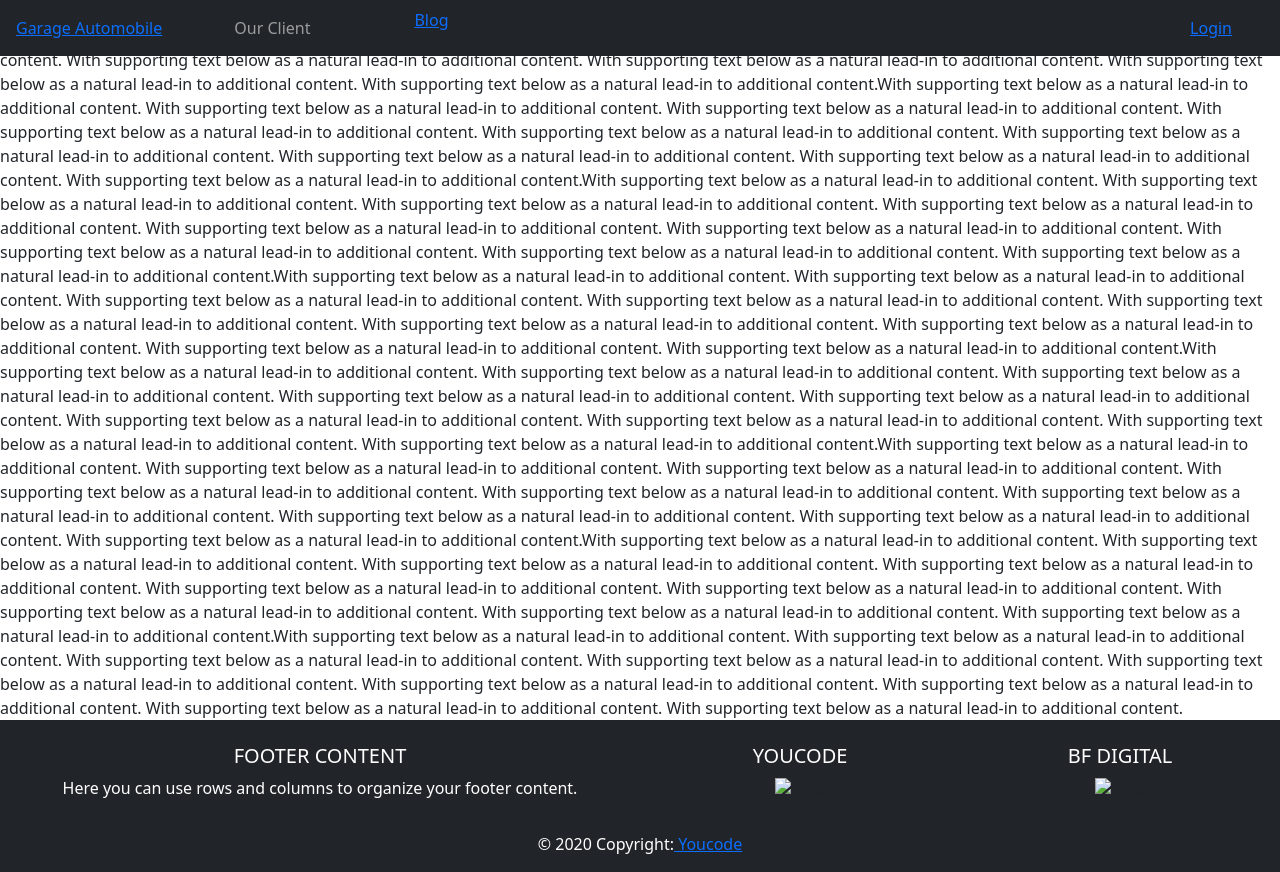
Repository: abdelhak-f/Fil-Rouge
Page: /register (app in client/)
The author's editor kept a copy of each file at every save. The page is drawn from the files as they stood at one save, then again after the next save.
The browser window is 1280 px wide. The pictures show the whole page.
The project was rebuilt for these pictures with package versions that can differ from the ones it lists, and the page was loaded fresh each time. Also part of the build but not shown: client/src/components/Text.jsx, client/src/components/forms/FirstFrontForm.jsx, client/src/components/Body.jsx, client/src/components/css/style.css, client/src/components/Blog.jsx, client/src/components/forms/FormGarage.jsx, client/src/components/loged/login/Login.jsx.

Above is the page before, as saved 2021-09-10 17:36:37.

### client/public/index.html
<!DOCTYPE html>
<html lang="en">
  <head>
    <meta charset="utf-8" />
    <link rel="icon" href="%PUBLIC_URL%/favicon.ico" />
    <meta name="viewport" content="width=device-width, initial-scale=1" />
    <meta name="theme-color" content="#000000" />
    <meta
      name="description"
      content="Web site created using create-react-app"
    />
    <!--   import bootstrao  -->
    <link
  rel="stylesheet"
  href="https://cdn.jsdelivr.net/npm/bootstrap@5.1.0/dist/css/bootstrap.min.css"
  integrity="sha384-KyZXEAg3QhqLMpG8r+8fhAXLRk2vvoC2f3B09zVXn8CA5QIVfZOJ3BCsw2P0p/We"
  crossorigin="anonymous"
  />

    <link rel="apple-touch-icon" href="%PUBLIC_URL%/logo192.png" />
    <!--
      manifest.json provides metadata used when your web app is installed on a
      user's mobile device or desktop. See https://developers.google.com/web/fundamentals/web-app-manifest/
    -->
    <link rel="manifest" href="%PUBLIC_URL%/manifest.json" />
    <!--
      Notice the use of %PUBLIC_URL% in the tags above.
      It will be replaced with the URL of the `public` folder during the build.
      Only files inside the `public` folder can be referenced from the HTML.

      Unlike "/favicon.ico" or "favicon.ico", "%PUBLIC_URL%/favicon.ico" will
      work correctly both with client-side routing and a non-root public URL.
      Learn how to configure a non-root public URL by running `npm run build`.
    -->
    <title>React App</title>
  </head>
  <body>
    <noscript>You need to enable JavaScript to run this app.</noscript>
    <div id="root"></div>
    <!--
      This HTML file is a template.
      If you open it directly in the browser, you will see an empty page.

      You can add webfonts, meta tags, or analytics to this file.
      The build step will place the bundled scripts into the <body> tag.

      To begin the development, run `npm start` or `yarn start`.
      To create a production bundle, use `npm run build` or `yarn build`.
    -->
  </body>
</html>

### client/src/index.js
import React from 'react';
import ReactDOM from 'react-dom';
import './index.css';
import App from './App';
import reportWebVitals from './reportWebVitals';

// import bootstrap
import 'bootstrap/dist/css/bootstrap.min.css';

ReactDOM.render(
  <React.StrictMode>
    <App />
  </React.StrictMode>,
  document.getElementById('root')
);

// If you want to start measuring performance in your app, pass a function
// to log results (for example: reportWebVitals(console.log))
// or send to an analytics endpoint. Learn more: https://bit.ly/CRA-vitals
reportWebVitals();

### client/src/App.js
// import './App.css';
import React from 'react';

import Navbar from './components/Nnavbar';
import Body from './components/Body';
import Footer from './components/Footer';
import Blog from './components/Blog';
import FormGarage from './components/forms/FormGarage'
import Login from './components/loged/login/Login';
import Register from './components/loged/register/Register';

import { BrowserRouter as Router, Switch, Route } from 'react-router-dom';






function App() {
  return (


    <>
<Router>

     <Navbar />




    <Switch>
    <Route  path="/" exact component={Body} />
    <Route  path="/Blog" component={Blog} />
    <Route  path="/FormGarage" component={FormGarage} />
    <Route  path="/login" component={Login} />
    <Route  path="/register" component={Register} />
    </Switch>

    <Footer/>
</Router>
    </>

  );
}

export default App;

### client/src/components/Nnavbar.jsx
import React from 'react';
import { NavLink } from 'react-router-dom';

import * as ReactBootstrap from 'react-bootstrap';









function Navbar() {
    return(
      <>

            <ReactBootstrap.Navbar className="mb-5" collapseOnSelect expand="lg" bg="dark" variant="dark" fixed="top">

 <NavLink className="mx-3" to="/">Garage Automobile</NavLink>
 <ReactBootstrap.Navbar.Toggle aria-controls="responsive-navbar-nav" />
 <ReactBootstrap.Navbar.Collapse id="responsive-navbar-nav">
   <ReactBootstrap.Nav className="me-auto">
     <ReactBootstrap.Nav.Link className="mx-5" href="#features">Our Client</ReactBootstrap.Nav.Link>
     <NavLink  className="px-5" to="/blog">Blog</NavLink>
     {/* <ReactBootstrap.NavDropdown title="Dropdown" id="collasible-nav-dropdown">
       <ReactBootstrap.NavDropdown.Item href="#action/3.1">Action</ReactBootstrap.NavDropdown.Item>
       <ReactBootstrap.NavDropdown.Item href="#action/3.2">Another action</ReactBootstrap.NavDropdown.Item>
       <ReactBootstrap.NavDropdown.Item href="#action/3.3">Something</ReactBootstrap.NavDropdown.Item>
       <ReactBootstrap.NavDropdown.Divider />
       <ReactBootstrap.NavDropdown.Item href="#action/3.4">Separated link</ReactBootstrap.NavDropdown.Item>
     </ReactBootstrap.NavDropdown> */}
   </ReactBootstrap.Nav>
   <ReactBootstrap.Nav>
     <NavLink  className="px-5"  to="/login"> Login</NavLink>
     {/* <ReactBootstrap.Nav.Link eventKey={2} href="#memes">
       Admin
     </ReactBootstrap.Nav.Link> */}
   </ReactBootstrap.Nav>
 </ReactBootstrap.Navbar.Collapse>

</ReactBootstrap.Navbar>





</>

    )
}

export default Navbar ;

### client/src/components/Footer.jsx
import React from "react";


function Footer () {
    return(
<footer  className="pt-4 page-footer font-small blue bg-dark ">
    <div className="text-center container-fluid text-md-left ">
        <div className="row">
            <div className="mt-3 text-white col-md-6 mt-md-0">
                <h5 className=" text-uppercase">Footer Content</h5>
                <p >Here you can use rows and columns to organize your footer content.</p>
            </div>

            <hr className="clearfix pb-0 w-100 d-md-none"/>

            <div className="mb-3 col-md-3 mb-md-0">
                <h5 className="text-white text-uppercase">Youcode</h5>
                <img src="" alt="logo" width={300} /></div>

            <div className="mb-3 col-md-3 mb-md-0">
                <h5 className="text-white text-uppercase " >BF Digital</h5>
                <img src="" alt="logo" width={300} />
            </div>
        </div>
    </div>

    <div className="py-3 text-center text-white footer-copyright " >© 2020 Copyright:
        <a href="https://www.youcode.ma/"> Youcode</a>
    </div>

</footer>
)

}

export default Footer

### client/src/components/loged/register/Register.jsx
import React from 'react'

function Register() {
    return (
        <div>
            With supporting text below as a natural lead-in to additional content.
                 With supporting text below as a natural lead-in to additional content.
                 With supporting text below as a natural lead-in to additional content.
                 With supporting text below as a natural lead-in to additional content.
                 With supporting text below as a natural lead-in to additional content.
                 With supporting text below as a natural lead-in to additional content.
                 With supporting text below as a natural lead-in to additional content.
                 With supporting text below as a natural lead-in to additional content.
                 With supporting text below as a natural lead-in to additional content.With supporting text below as a natural lead-in to additional content.
                 With supporting text below as a natural lead-in to additional content.
                 With supporting text below as a natural lead-in to additional content.
                 With supporting text below as a natural lead-in to additional content.
                 With supporting text below as a natural lead-in to additional content.
                 With supporting text below as a natural lead-in to additional content.
                 With supporting text below as a natural lead-in to additional content.
                 With supporting text below as a natural lead-in to additional content.
                 With supporting text below as a natural lead-in to additional content.With supporting text below as a natural lead-in to additional content.
                 With supporting text below as a natural lead-in to additional content.
                 With supporting text below as a natural lead-in to additional content.
                 With supporting text below as a natural lead-in to additional content.
                 With supporting text below as a natural lead-in to additional content.
                 With supporting text below as a natural lead-in to additional content.
                 With supporting text below as a natural lead-in to additional content.
                 With supporting text below as a natural lead-in to additional content.
                 With supporting text below as a natural lead-in to additional content.With supporting text below as a natural lead-in to additional content.
                 With supporting text below as a natural lead-in to additional content.
                 With supporting text below as a natural lead-in to additional content.
                 With supporting text below as a natural lead-in to additional content.
                 With supporting text below as a natural lead-in to additional content.
                 With supporting text below as a natural lead-in to additional content.
                 With supporting text below as a natural lead-in to additional content.
                 With supporting text below as a natural lead-in to additional content.
                 With supporting text below as a natural lead-in to additional content.With supporting text below as a natural lead-in to additional content.
                 With supporting text below as a natural lead-in to additional content.
                 With supporting text below as a natural lead-in to additional content.
                 With supporting text below as a natural lead-in to additional content.
                 With supporting text below as a natural lead-in to additional content.
                 With supporting text below as a natural lead-in to additional content.
                 With supporting text below as a natural lead-in to additional content.
                 With supporting text below as a natural lead-in to additional content.
                 With supporting text below as a natural lead-in to additional content.With supporting text below as a natural lead-in to additional content.
                 With supporting text below as a natural lead-in to additional content.
                 With supporting text below as a natural lead-in to additional content.
                 With supporting text below as a natural lead-in to additional content.
                 With supporting text below as a natural lead-in to additional content.
                 With supporting text below as a natural lead-in to additional content.
                 With supporting text below as a natural lead-in to additional content.
                 With supporting text below as a natural lead-in to additional content.
                 With supporting text below as a natural lead-in to additional content.With supporting text below as a natural lead-in to additional content.
                 With supporting text below as a natural lead-in to additional content.
                 With supporting text below as a natural lead-in to additional content.
                 With supporting text below as a natural lead-in to additional content.
                 With supporting text below as a natural lead-in to additional content.
                 With supporting text below as a natural lead-in to additional content.
                 With supporting text below as a natural lead-in to additional content.
                 With supporting text below as a natural lead-in to additional content.
                 With supporting text below as a natural lead-in to additional content.With supporting text below as a natural lead-in to additional content.
                 With supporting text below as a natural lead-in to additional content.
                 With supporting text below as a natural lead-in to additional content.
                 With supporting text below as a natural lead-in to additional content.
                 With supporting text below as a natural lead-in to additional content.
                 With supporting text below as a natural lead-in to additional content.
                 With supporting text below as a natural lead-in to additional content.
                 With supporting text below as a natural lead-in to additional content.
                 With supporting text below as a natural lead-in to additional content.
        </div>
    )
}

export default Register

Loaded but not shown: client/src/index.css (common file); client/src/reportWebVitals.js (common file)

After the next save:
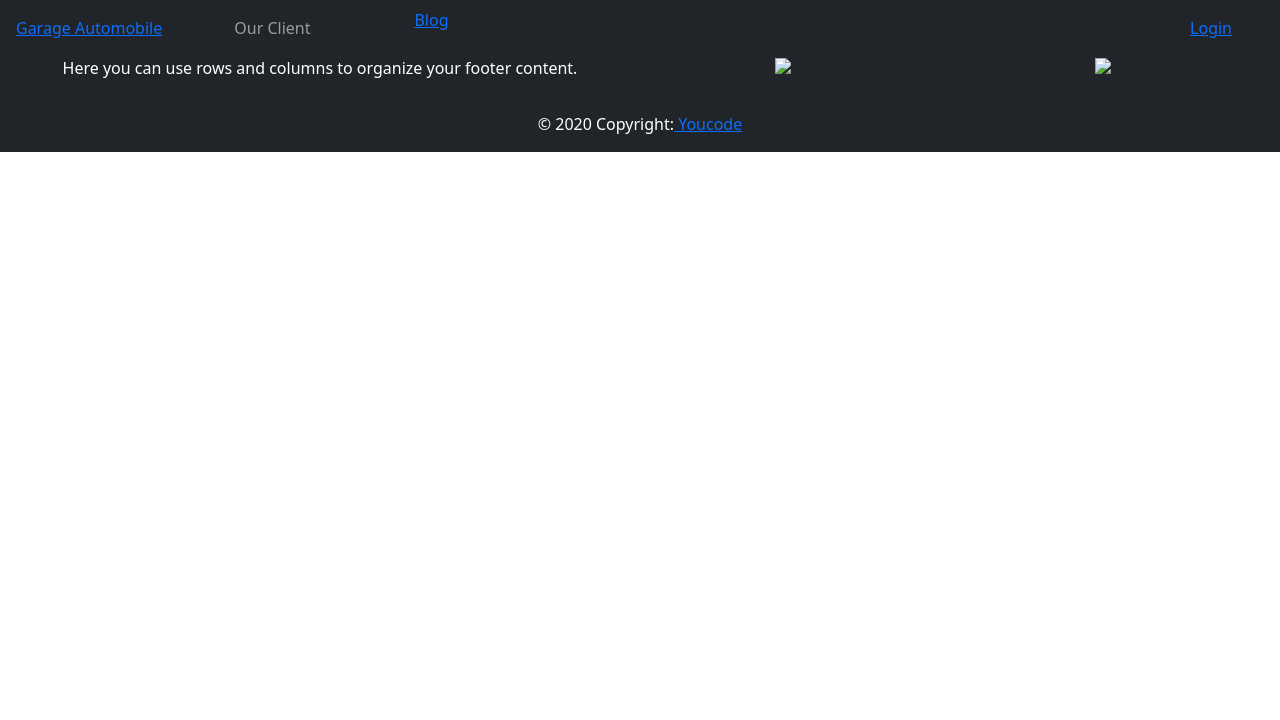
Saved 2 min 56 s later.
--- a/client/src/components/loged/register/Register.jsx
+++ b/client/src/components/loged/register/Register.jsx
@@ -3,7 +3,7 @@ import React from 'react'
 function Register() {
     return (
         <div>
-            With supporting text below as a natural lead-in to additional content.
+            {/* With supporting text below as a natural lead-in to additional content.
                  With supporting text below as a natural lead-in to additional content.
                  With supporting text below as a natural lead-in to additional content.
                  With supporting text below as a natural lead-in to additional content.
@@ -67,7 +67,7 @@ function Register() {
                  With supporting text below as a natural lead-in to additional content.
                  With supporting text below as a natural lead-in to additional content.
                  With supporting text below as a natural lead-in to additional content.
-                 With supporting text below as a natural lead-in to additional content.
+                 With supporting text below as a natural lead-in to additional content. */}
         </div>
     )
 }
